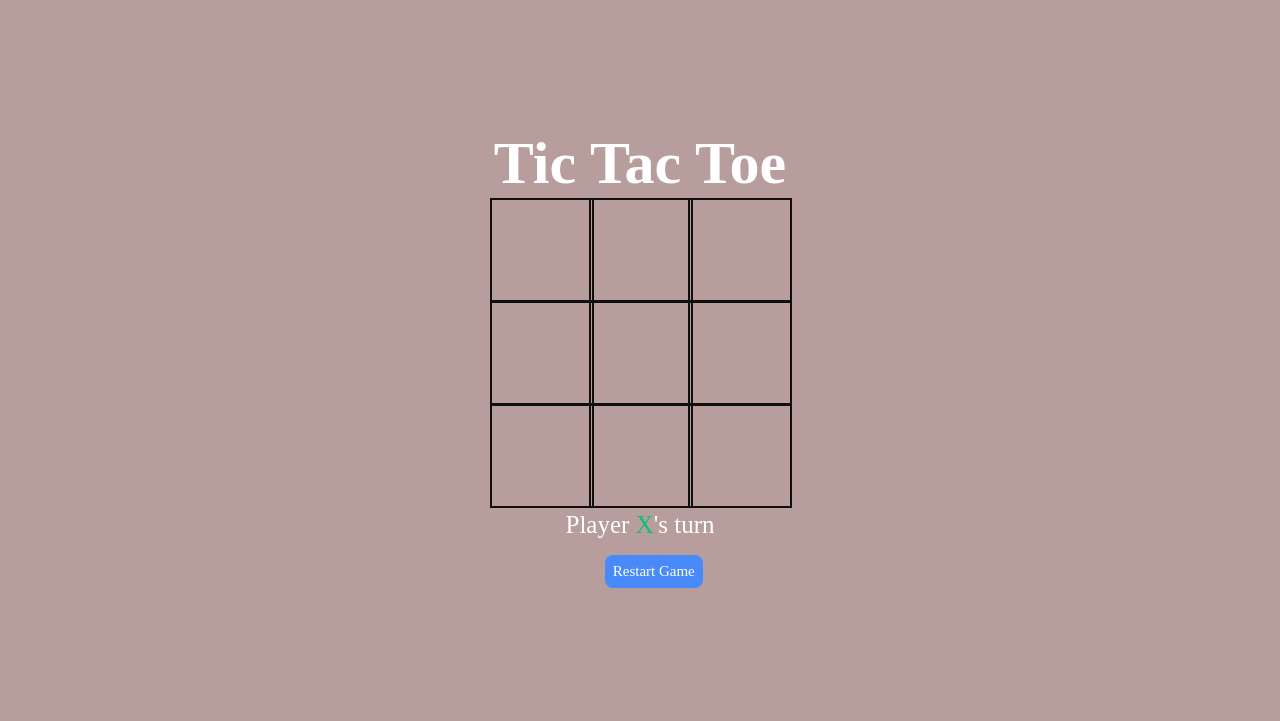
Repository: sedashahnazaryan/tic-tac-too
Page: index.html
These files come from the project's save history. The page is drawn as it stood at one moment and after a run of saves; the edit follows.
The browser window is 1280 px wide. The pictures show the whole page.

Above is the page before, as saved 2022-02-01 01:33:21.

After the next 2 saves:
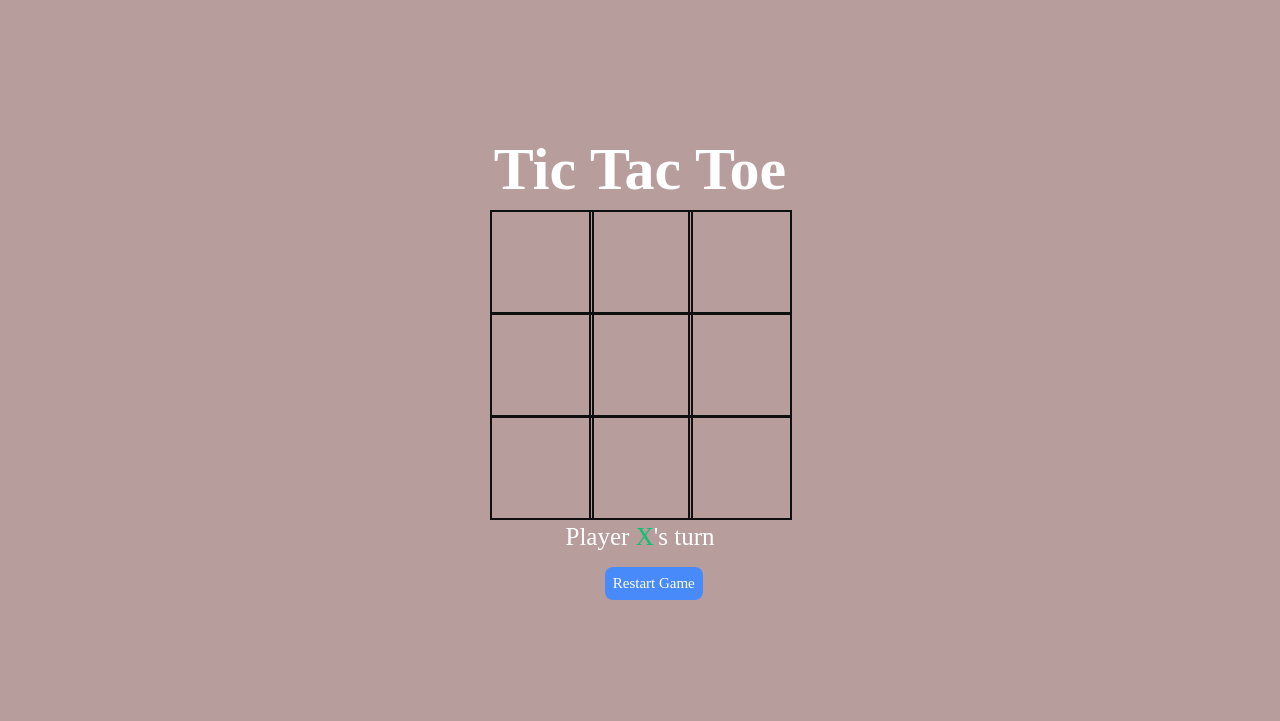
The 2 saves are shown as one change because they came seconds apart.
The last was saved 6 s later.
--- a/index.css
+++ b/index.css
@@ -9,7 +9,7 @@
     padding-top: 1px;
 }
 .title{
-    padding: 0px;
+    padding: 6px;
     color: white;
     text-align: center;
     font-size: 40px;

After the save that followed:
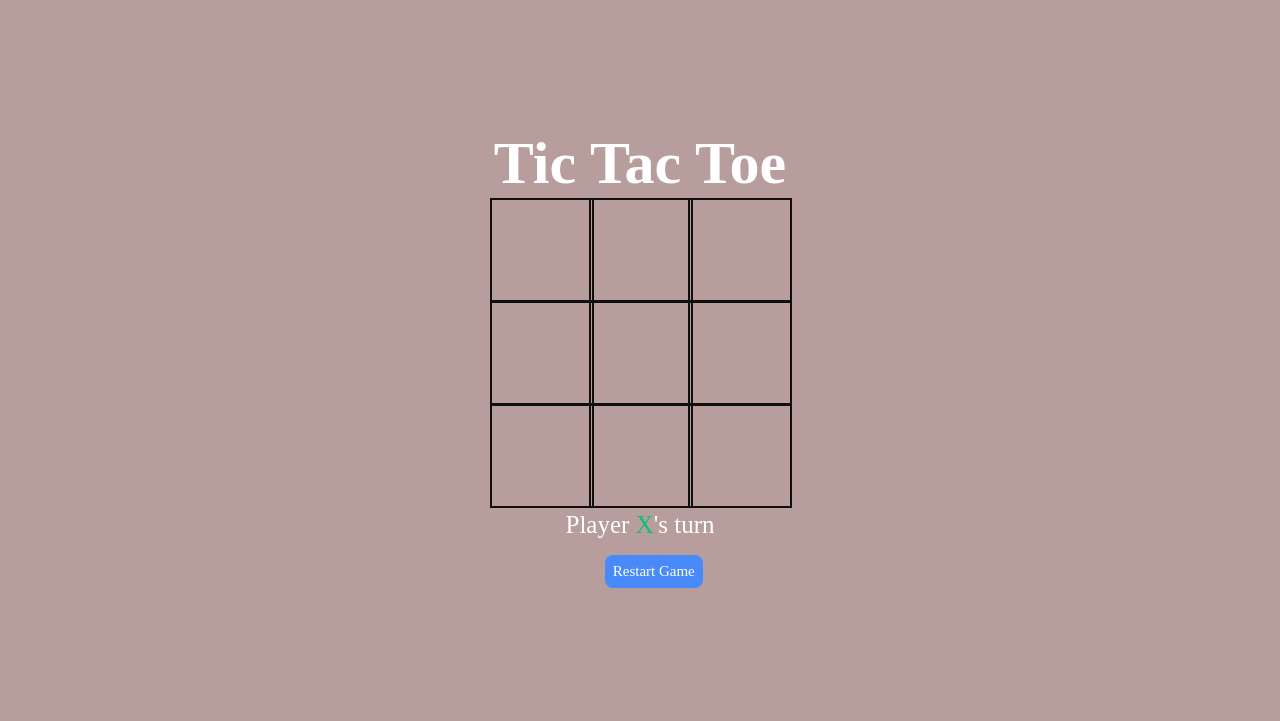
Saved 14 s later.
--- a/index.css
+++ b/index.css
@@ -9,7 +9,7 @@
     padding-top: 1px;
 }
 .title{
-    padding: 6px;
+
     color: white;
     text-align: center;
     font-size: 40px;
